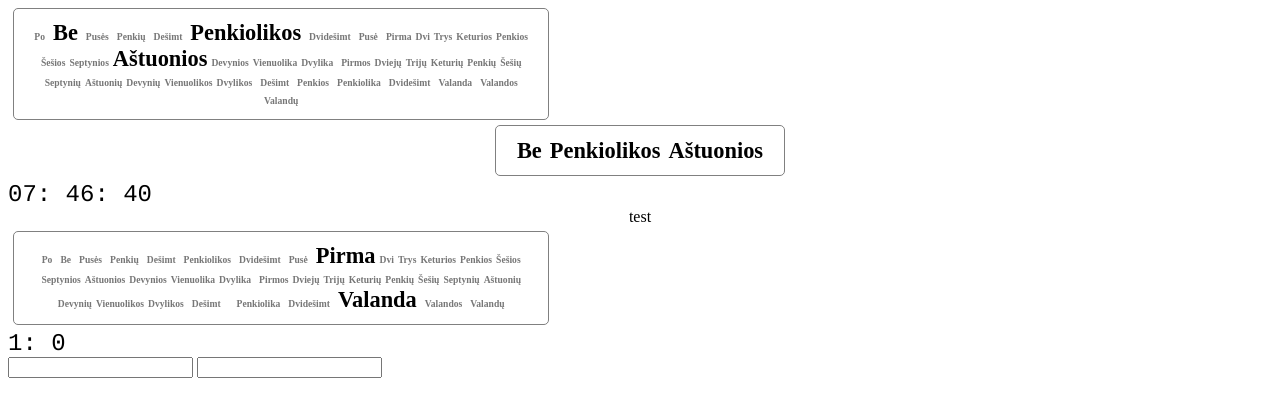
Repository: Skaidrius/WordClock
Page: index.html
The author's editor kept a record of every edit. The page is drawn from the files as they stood at one moment, then again after the next edit.
The browser window is 1280 px wide. The pictures show the whole page.
Some web libraries are served in a nearby version.

Above is the page before.

After the next edit:
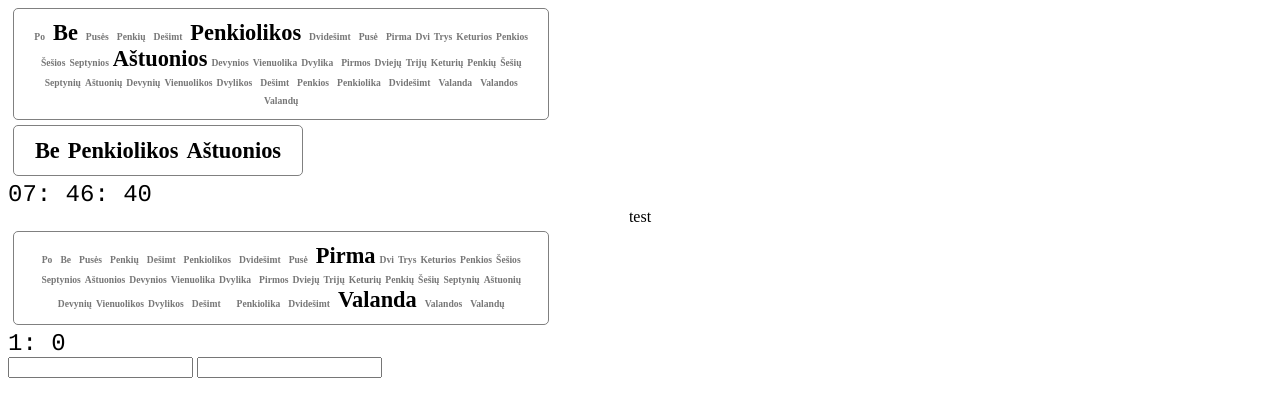
The edit:
--- a/style.css
+++ b/style.css
@@ -5,7 +5,6 @@
 #clck-bgr-1 {
     text-align: center;
     max-width: 300px;
-    margin: 0 auto;
 }
 
 ul {
